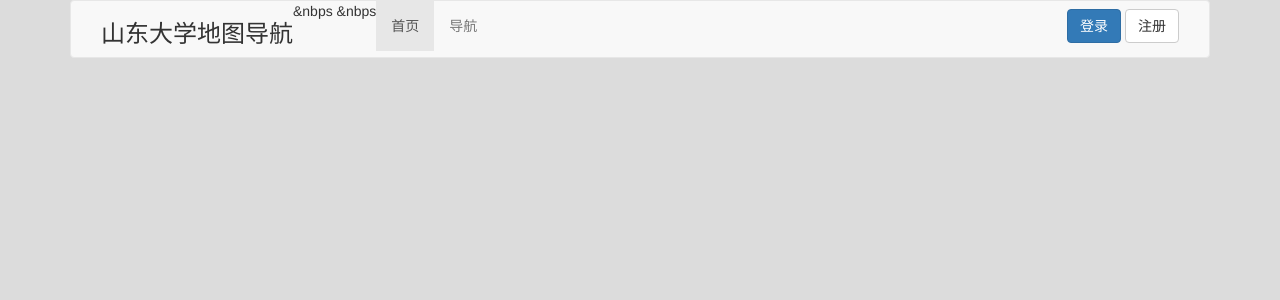
Repository: hhjswhh/JavaEE-experience
Page: http://localhost/SDUMap/Navbar.jsp
The author's editor kept a copy of each file at every save. The page is drawn from the files as they stood at one save, then again after the next save.
The browser window is 1280 px wide. The pictures show the whole page.
The page is served by Tomcat 9. Other server files are loaded and not shown.

Above is the page before, as saved 2017-05-03 12:01:49.

### SDUMap/WebRoot/Navbar.jsp
<%@ page language="java" import="java.util.*" pageEncoding="UTF-8"%>
<%
String path = request.getContextPath();
String basePath = request.getScheme()+"://"+request.getServerName()+":"+request.getServerPort()+path+"/";
%>

<!DOCTYPE HTML PUBLIC "-//W3C//DTD HTML 4.01 Transitional//EN">
<html>
  <head>
    <base href="<%=basePath%>">

    <title>My JSP 'Navbar.jsp' starting page</title>

	<meta http-equiv="pragma" content="no-cache">
	<meta http-equiv="cache-control" content="no-cache">
	<meta http-equiv="expires" content="0">
	<meta http-equiv="keywords" content="keyword1,keyword2,keyword3">
	<meta http-equiv="description" content="This is my navbar">
	<link rel="stylesheet" type="text/css" href="bootstrap.min.css">

  </head>

  <body style="height:100%;background-color: gainsboro;">
		<div class="container">
		<nav class="navbar navbar-default">
				<div class="container-fluid">
					<!-- Collect the nav links, forms, and other content for toggling -->
					<div class="collapse navbar-collapse" id="bs-example-navbar-collapse-1">
						<ul class="nav navbar-nav">
							<li class="navbar-left">
								<h3>山东大学地图导航</h3>
							</li>
							<li>
								 &nbps &nbps
							</li>
							<li class="active">
								<a href="index.jsp">首页<span class="sr-only">(current)</span></a>
							</li>
							<li class="navbar-right">
								<a href="#">导航</a>
							</li>

						</ul>
						<div class="navbar-form navbar-right">
							<a class="btn btn-primary" href="Login.html">登录</a>
							<a class="btn btn-default" href="Register.html">注册</a>
						</div>
					</div>
				</div>
			</nav>

	</div>
	</body>

</html>

Loaded but not shown: SDUMap/WebRoot/bootstrap.min.css (library)

After the next save:
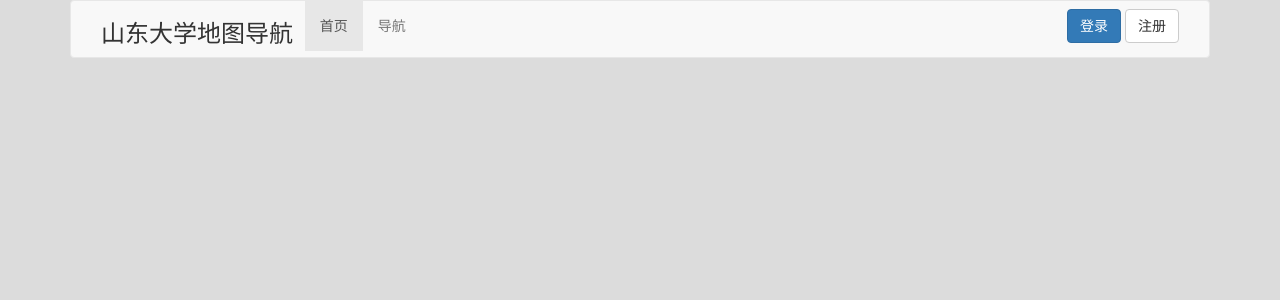
Saved 104 s later.
--- a/SDUMap/WebRoot/Navbar.jsp
+++ b/SDUMap/WebRoot/Navbar.jsp
@@ -31,7 +31,7 @@ String basePath = request.getScheme()+"://"+request.getServerName()+":"+request.
 								<h3>山东大学地图导航</h3>
 							</li>
 							<li>
-								 &nbps &nbps
+								 &nbsp &nbsp
 							</li>
 							<li class="active">
 								<a href="index.jsp">首页<span class="sr-only">(current)</span></a>
